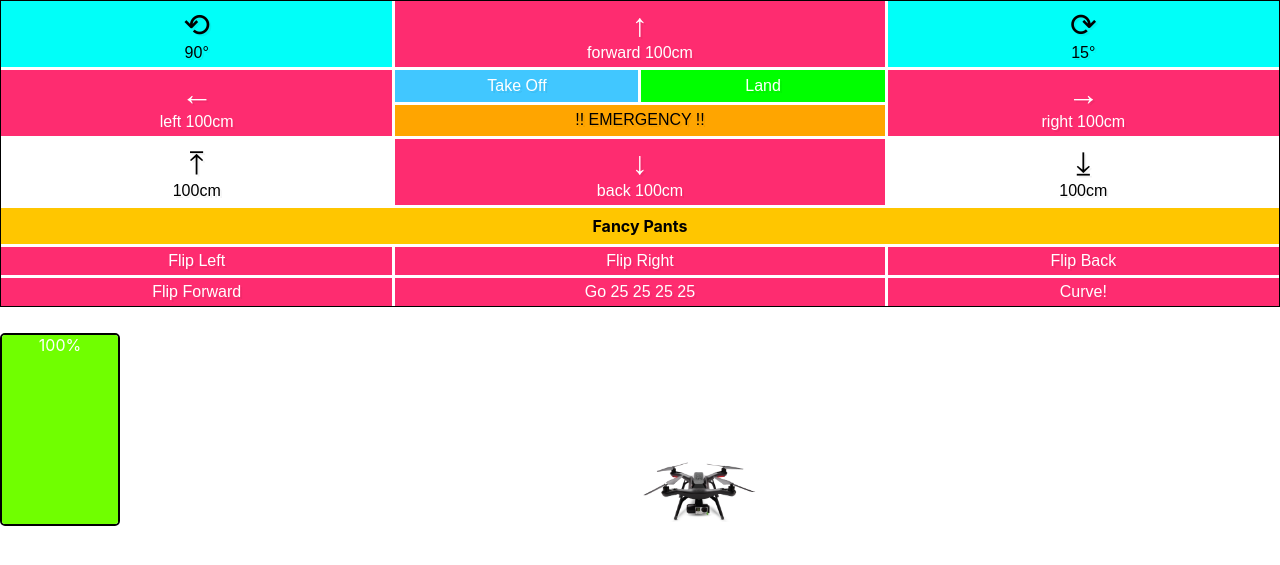
Repository: JivkoJelev91/Drone-Simulator
Page: /
The author's editor kept a copy of each file at every save. The page is drawn from the files as they stood at one save, then again after a run of saves.
The browser window is 1280 px wide. The pictures show the whole page.
The project was rebuilt for these pictures with package versions that can differ from the ones it lists, and the page was loaded fresh each time. Also part of the build but not shown: src/App.css.

Above is the page before, as saved 2018-12-18 11:32:57.

### src/index.css
body {
  margin: 0;
  padding: 0;
  font-family: -apple-system, BlinkMacSystemFont, "Segoe UI", "Roboto", "Oxygen",
    "Ubuntu", "Cantarell", "Fira Sans", "Droid Sans", "Helvetica Neue",
    sans-serif;
  -webkit-font-smoothing: antialiased;
  -moz-osx-font-smoothing: grayscale;
}

code {
  font-family: source-code-pro, Menlo, Monaco, Consolas, "Courier New",
    monospace;
}

.view{
  display:flex;
  padding-top:2%;

}

.parentDrone{
  width:100%;
  padding-top: 10%;
  display:flex;
  justify-content: center;
}

.drone img {
  width: 100%;
}

.drone{
  width:10%;
}

.batteryStyles{
  width: 10%;
  border: 2px solid black;
  border-radius: 5px;
  overflow: hidden;
  display: flex;
  flex-direction: column-reverse;
}

.batteryLevel {
  transition: all 0.5s;
  height: 100%;
  text-align: center;
  color: white;
  display: block;
  background: var(--color);
  background: #70ff00;
}

### src/App.js
import React, { Component } from 'react';
import Buttons from './Buttons/Buttons';
import Battery from './Buttons/Battery';
import Drone from './Drone'
import styled from 'styled-components';
import './App.css';

class App extends Component {
  render() {
    return (
      <div className="App">
          <Buttons />
          <div className="view">
            <Battery />
            <Drone />
          </div>
      </div>
    );
  }
}

export default App;

### src/Buttons/Buttons.js
import styled from 'styled-components';
import React  from 'react';
import Commands from './Commands.js'


const CommandGrid = styled.div`
  display: grid;
  grid-template-columns: 1fr 1.25fr 1fr;
  grid-template-rows: repeat(3, 1fr);
  border: 1px solid black;
  grid-gap: 3px;
  button {
    text-shadow: 2px 2px 0 rgba(0, 0, 0, 0.05);
    border: 0;
    background: #fe2c70;
    border: 4px solid transparent;
    color: white;
    font-size: 1rem;
    position: relative;
    &:active {
      top: 2px;
    }
    &:focus {
      outline: 0;
      border-color: #ffc600;
    }
    &.takeoff {
      background: #41c7ff;
    }
    &.land {
      background: #00ff00;
    }
    &.emergency {
      background: orange;
      text-transform: uppercase;
      color: black;
    }
    &.rotate {
      background: #00fff9;
      color: black;
    }
    &.height {
      background: #fff;
      color: black;
    }
    span.symbol {
      display: block;
      font-size: 2rem;
      font-weight: 400;
    }
  }
  .center {
    display: grid;
    grid-gap: 3px;
    grid-template-columns: 1fr 1fr;
    button:last-child {
      grid-column: span 2;
    }
  }
  h2 {
    grid-column: 1 / -1;
    background: #ffc600;
    margin: 0;
    font-size: 1rem;
    text-align: center;
    padding: 0.5rem;
    color: black;
  }
`;

// function (command) {
//   return function() {
//     console.log(`Sending the command ${command}`);
//     socket.emit('command', command);
//   };
// }

const amount = 100;
const Buttons = () => (
  <CommandGrid>
    <button className="rotate" onClick={Commands.rotate}>
      <span className="symbol">⟲</span> 90°
    </button>
    <button onClick={Commands.forward}>
      <span className="symbol">↑</span> forward {amount}cm
    </button>
    <button className="rotate" onClick={Commands.rotate}>
      <span className="symbol">⟳</span> 15°
    </button>
    <button onClick={Commands.left}>
      <span className="symbol">←</span> left {amount}cm
    </button>
    <div className="center">
      <button className="takeoff" onClick={console.log('works')}>
        Take Off
      </button>
      <button className="land" onClick={console.log('works')}>
        Land
      </button>
      <button className="emergency" onClick={console.log('works')}>
        !! emergency !!
      </button>
    </div>
    <button onClick={console.log('works')}>
      <span className="symbol">→</span>
      right {amount}cm
    </button>
    <button className="height" onClick={console.log('works')}>
      <span className="symbol">⤒</span> {amount}cm
    </button>
    <button onClick={console.log('works')}>
      <span className="symbol">↓</span> back {amount}cm
    </button>
    <button className="height" onClick={console.log('works')}>
      <span className="symbol">⤓</span> {amount}cm
    </button>
    <h2>Fancy Pants</h2>
    <button onClick={console.log('works')}>Flip Left</button>
    <button onClick={console.log('works')}>Flip Right</button>
    <button onClick={console.log('works')}>Flip Back</button>
    <button onClick={console.log('works')}>Flip Forward</button>
    <button onClick={console.log('works')}>Go 25 25 25 25</button>
    <button onClick={console.log('works')}>
      Curve!
    </button>
  </CommandGrid>
);

export default Buttons;

### src/Buttons/Battery.js
import React, {Component}  from 'react';


class Battery extends Component {
  constructor(){
    super();
    this.state = {
      batteryLevel: 0
    }
    this.countdown = null;
    this.counter = 0;
  }

  lowBattery = () => {
      this.setState({
        batteryLevel: ((10000 - this.counter++) / 100).toFixed(0)
      })
  }

  componentDidMount() {
    this.countdown = setInterval(this.lowBattery, 1000);
  }

  componentWillUnmount() {
    if(this.batteryLevel === 0) clearInterval(this.countdown);
  }

  componentWillMount(){
    this.lowBattery();
  }

  render() {
    return (
      <div className="batteryStyles">
          <span className="batteryLevel" style={{ height:`${ this.state.batteryLevel }%`}}>{this.state.batteryLevel}%</span>
      </div>
    );
  }
}

export default Battery;

### src/Drone.js
import React, { Component } from 'react';
import dronePic from './images/drone.png'

class Drone extends Component {
  constructor(){
    super()
  }
  render() {
    return (
    <div className="parentDrone">
      <div className="drone">
        <img src={dronePic} alt="drone"/>
      </div>
    </div>
    );
  }
}

export default Drone;

### src/Buttons/Commands.js


export default {
    rotate(){
        return console.log('rotate!!');
    },
    forward(){
        return console.log('forward');
    },
    back(){
        return console.log('back');
    },
    left(){
        return console.log('left');
    },
    right(){
        return console.log('right');
    },
}

Loaded but not shown: public/index.html (common file); src/index.js (common file); src/serviceWorker.js (common file)

After the next 2 saves:
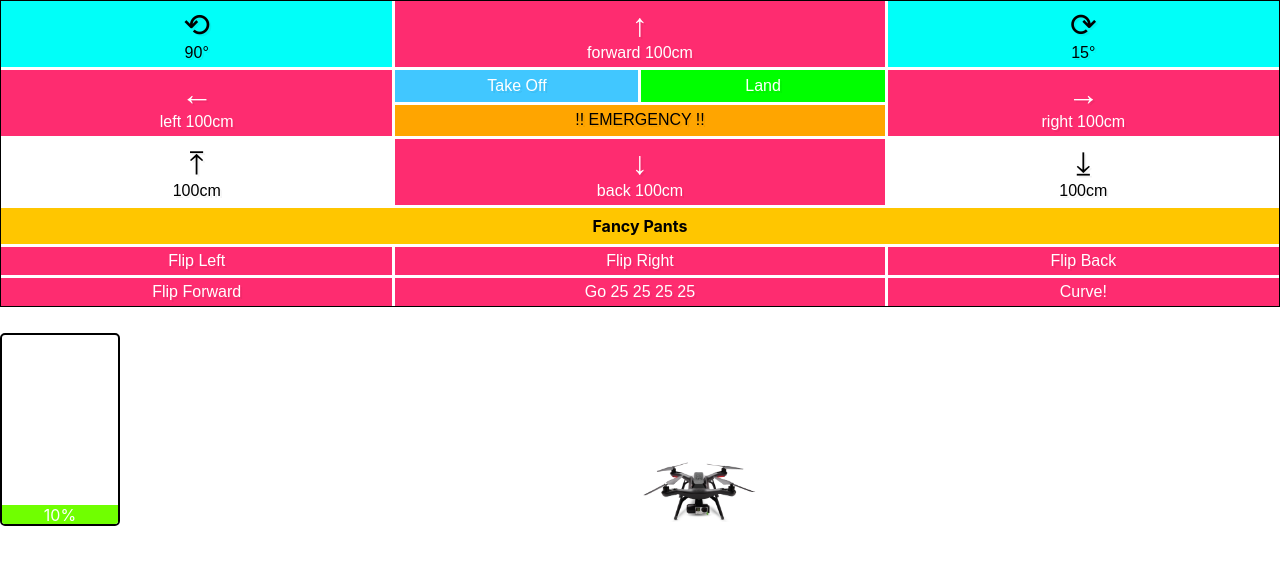
The 2 saves are shown as one change because they came seconds apart.
The last was saved 33 s later.
--- a/src/Buttons/Battery.js
+++ b/src/Buttons/Battery.js
@@ -13,7 +13,7 @@
 
   lowBattery = () => {
       this.setState({
-        batteryLevel: ((10000 - this.counter++) / 100).toFixed(0)
+        batteryLevel: ((1000 - this.counter++) / 100).toFixed(0)
       })
   }
 

After the save that followed:
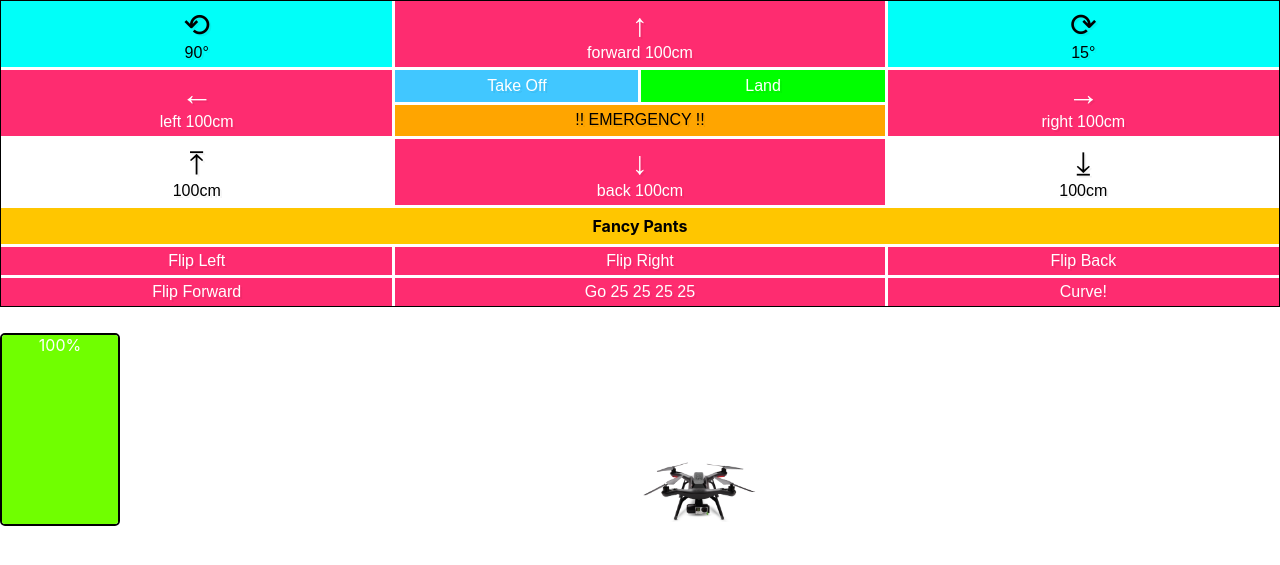
Saved 20 s later.
--- a/src/Buttons/Battery.js
+++ b/src/Buttons/Battery.js
@@ -13,7 +13,7 @@
 
   lowBattery = () => {
       this.setState({
-        batteryLevel: ((1000 - this.counter++) / 100).toFixed(0)
+        batteryLevel: ((10000 - this.counter++) / 100).toFixed(0)
       })
   }
 
